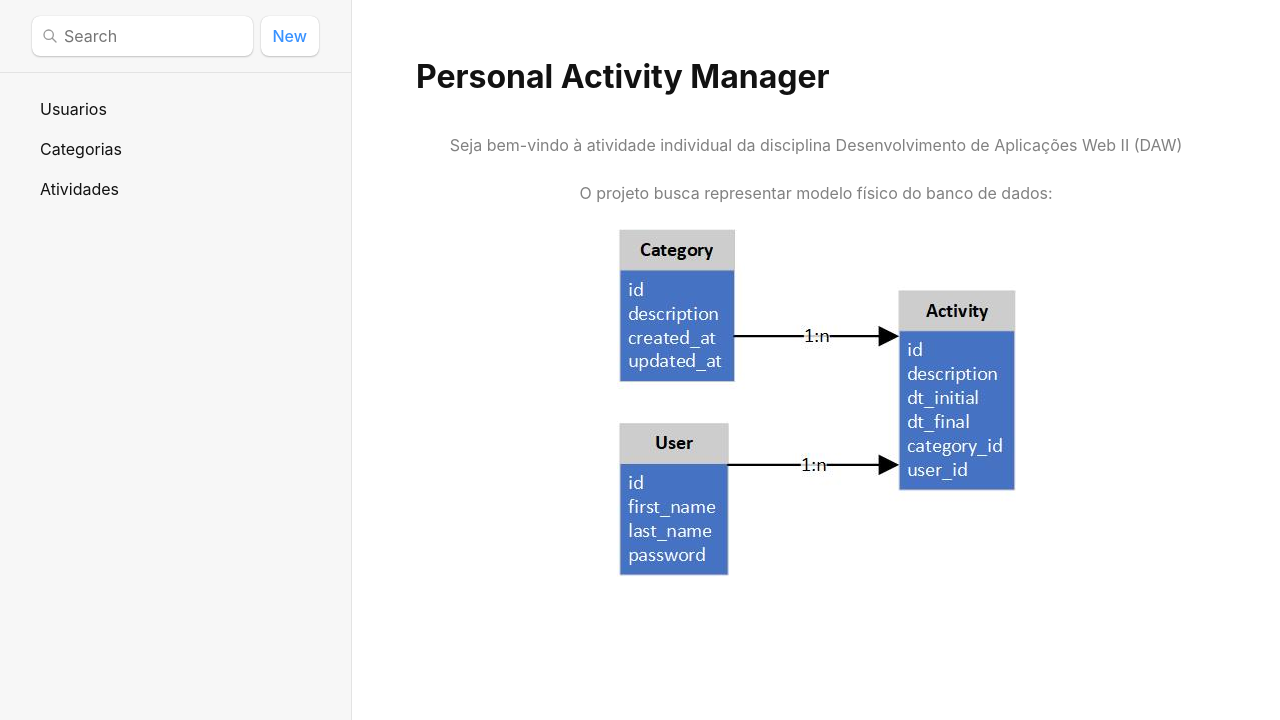
Repository: darccelio/react-pma
Page: /
The author's editor kept a copy of each file at every save. The page is drawn from the files as they stood at one save, then again after the next save.
The browser window is 1280 px wide. The pictures show the whole page.
The project was rebuilt for these pictures with package versions that can differ from the ones it lists, and the page was loaded fresh each time. Also part of the build but not shown: vite.config.js, src/route/error-page.jsx, src/route/activity.jsx, src/services/user-service.js, src/route/user.jsx, src/services/category-service.js, src/route/category.jsx.

Above is the page before, as saved 2024-07-10 20:35:13.

### index.html
<!doctype html>
<html lang="pt-br">
  <head>
    <meta charset="UTF-8" />

    <meta name="viewport" content="width=device-width, initial-scale=1.0" />
    <title>Personal Activity Manager</title>
  </head>
  <body>
    <div id="root"></div>
    <script type="module" src="/src/main.jsx"></script>
  </body>
</html>

### src/main.jsx
import React, { Children } from 'react'
import ReactDOM from 'react-dom/client'

import './index.css'

import { createBrowserRouter, RouterProvider } from 'react-router-dom'
import Root from './route/root'
import ErrorPage from './route/error-page'
// import Contact from './route/contact'
import Index from './route/index'

import ActivityPage from './route/activity'
import User from './route/user'
import Category from './route/category'
import './index.css'

const router = createBrowserRouter([
  {
    path: '/',
    element: <Root />,
    errorElement: <ErrorPage />,
    children: [
      { index: true, element: <Index /> },
      // {
      //   path: 'contacts/:contactId',
      //   element: <Contact />,
      // },
      {
        path: '/activity',
        element: <ActivityPage />,
      },
      {
        path: '/user',
        element: <User />,
      },
      {
        path: '/category',
        element: <Category />,
      },
    ],
  },
])

ReactDOM.createRoot(document.getElementById('root')).render(
  <React.StrictMode>
    <RouterProvider router={router} />
  </React.StrictMode>
)

### src/index.css
html {
  box-sizing: border-box;
}
*,
*:before,
*:after {
  box-sizing: inherit;
}

body {
  font-family: -apple-system, BlinkMacSystemFont, "Segoe UI", "Roboto", "Oxygen",
    "Ubuntu", "Cantarell", "Fira Sans", "Droid Sans", "Helvetica Neue",
    sans-serif;
  -webkit-font-smoothing: antialiased;
  -moz-osx-font-smoothing: grayscale;
}

code {
  font-family: source-code-pro, Menlo, Monaco, Consolas, "Courier New",
    monospace;
}

html,
body {
  height: 100%;
  margin: 0;
  line-height: 1.5;
  color: #121212;
}
textarea,
input,
button {
  font-size: 1rem;
  font-family: inherit;
  border: none;
  border-radius: 8px;
  padding: 0.5rem 0.75rem;
  box-shadow: 0 0px 1px hsla(0, 0%, 0%, 0.2), 0 1px 2px hsla(0, 0%, 0%, 0.2);
  background-color: white;
  line-height: 1.5;
  margin: 0;
}
button {
  color: #3992ff;
  font-weight: 500;
}

textarea:hover,
input:hover,
button:hover {
  box-shadow: 0 0px 1px hsla(0, 0%, 0%, 0.6), 0 1px 2px hsla(0, 0%, 0%, 0.2);
}

button:active {
  box-shadow: 0 0px 1px hsla(0, 0%, 0%, 0.4);
  transform: translateY(1px);
}

#contact h1 {
  display: flex;
  align-items: flex-start;
  gap: 1rem;
}
#contact h1 form {
  display: flex;
  align-items: center;
  margin-top: 0.25rem;
}
#contact h1 form button {
  box-shadow: none;
  font-size: 1.5rem;
  font-weight: 400;
  padding: 0;
}
#contact h1 form button[value="true"] {
  color: #a4a4a4;
}
#contact h1 form button[value="true"]:hover,
#contact h1 form button[value="false"] {
  color: #eeb004;
}

form[action$="destroy"] button {
  color: #f44250;
}

.sr-only {
  position: absolute;
  width: 1px;
  height: 1px;
  padding: 0;
  margin: -1px;
  overflow: hidden;
  clip: rect(0, 0, 0, 0);
  white-space: nowrap;
  border-width: 0;
}

#root {
  display: flex;
  height: 100%;
  width: 100%;
}

#sidebar {
  width: 22rem;
  background-color: #f7f7f7;
  border-right: solid 1px #e3e3e3;
  display: flex;
  flex-direction: column;
}

#sidebar > * {
  padding-left: 2rem;
  padding-right: 2rem;
}

#sidebar h1 {
  font-size: 1rem;
  font-weight: 500;
  display: flex;
  align-items: center;
  margin: 0;
  padding: 1rem 2rem;
  border-top: 1px solid #e3e3e3;
  order: 1;
  line-height: 1;
}

#sidebar h1::before {
  content: url("data:[embedded picture, 1846 characters]");
  margin-right: 0.5rem;
  position: relative;
  top: 1px;
}

#sidebar > div {
  display: flex;
  align-items: center;
  gap: 0.5rem;
  padding-top: 1rem;
  padding-bottom: 1rem;
  border-bottom: 1px solid #e3e3e3;
}

#sidebar > div form {
  position: relative;
}

#sidebar > div form input[type="search"] {
  width: 100%;
  padding-left: 2rem;
  background-image: url("data:[embedded picture, 261 characters]");
  background-repeat: no-repeat;
  background-position: 0.625rem 0.75rem;
  background-size: 1rem;
  position: relative;
}

#sidebar > div form input[type="search"].loading {
  background-image: none;
}

#search-spinner {
  width: 1rem;
  height: 1rem;
  background-image: url("data:[embedded picture, 307 characters]");
  animation: spin 1s infinite linear;
  position: absolute;
  left: 0.625rem;
  top: 0.75rem;
}

@keyframes spin {
  from {
    transform: rotate(0deg);
  }
  to {
    transform: rotate(360deg);
  }
}

#sidebar nav {
  flex: 1;
  overflow: auto;
  padding-top: 1rem;
}

#sidebar nav a span {
  float: right;
  color: #eeb004;
}
#sidebar nav a.active span {
  color: inherit;
}

i {
  color: #818181;
}
#sidebar nav .active i {
  color: inherit;
}

#sidebar ul {
  padding: 0;
  margin: 0;
  list-style: none;
}

#sidebar li {
  margin: 0.25rem 0;
}

#sidebar nav a {
  display: flex;
  align-items: center;
  justify-content: space-between;
  overflow: hidden;

  white-space: pre;
  padding: 0.5rem;
  border-radius: 8px;
  color: inherit;
  text-decoration: none;
  gap: 1rem;
}

#sidebar nav a:hover {
  background: #e3e3e3;
}

#sidebar nav a.active {
  background: hsl(224, 98%, 58%);
  color: white;
}

#sidebar nav a.pending {
  color: hsl(224, 98%, 58%);
}

#detail {
  flex: 1;
  padding: 2rem 4rem;
  width: 100%;
}

#detail.loading {
  opacity: 0.25;
  transition: opacity 200ms;
  transition-delay: 200ms;
}

#contact {
  max-width: 40rem;
  display: flex;
}

#contact h1 {
  font-size: 2rem;
  font-weight: 700;
  margin: 0;
  line-height: 1.2;
}

#contact h1 + p {
  margin: 0;
}

#contact h1 + p + p {
  white-space: break-spaces;
}

#contact h1:focus {
  outline: none;
  color: hsl(224, 98%, 58%);
}

#contact a[href*="twitter"] {
  display: flex;
  font-size: 1.5rem;
  color: #3992ff;
  text-decoration: none;
}
#contact a[href*="twitter"]:hover {
  text-decoration: underline;
}

#contact img {
  width: 12rem;
  height: 12rem;
  background: #c8c8c8;
  margin-right: 2rem;
  border-radius: 1.5rem;
  object-fit: cover;
}

#contact h1 ~ div {
  display: flex;
  gap: 0.5rem;
  margin: 1rem 0;
}

#contact-form {
  display: flex;
  max-width: 40rem;
  flex-direction: column;
  gap: 1rem;
}
#contact-form > p:first-child {
  margin: 0;
  padding: 0;
}
#contact-form > p:first-child > :nth-child(2) {
  margin-right: 1rem;
}
#contact-form > p:first-child,
#contact-form label {
  display: flex;
}
#contact-form p:first-child span,
#contact-form label span {
  width: 8rem;
}
#contact-form p:first-child input,
#contact-form label input,
#contact-form label textarea {
  flex-grow: 2;
}

#contact-form-avatar {
  margin-right: 2rem;
}

#contact-form-avatar img {
  width: 12rem;
  height: 12rem;
  background: hsla(0, 0%, 0%, 0.2);
  border-radius: 1rem;
}

#contact-form-avatar input {
  box-sizing: border-box;
  width: 100%;
}

#contact-form p:last-child {
  display: flex;
  gap: 0.5rem;
  margin: 0 0 0 8rem;
}

#contact-form p:last-child button[type="button"] {
  color: inherit;
}

#zero-state {
  margin: 2rem auto;
  text-align: center;
  color: #818181;
}

#zero-state a {
  color: inherit;
}

#zero-state a:hover {
  color: #121212;
}

#zero-state:before {
  display: block;
  margin-bottom: 1rem;
}

#error-page {
  display: flex;
  flex-direction: column;
  align-items: center;
  justify-content: center;
  width: 100%;
}

### src/route/root.jsx
import { NavLink, Outlet } from 'react-router-dom'
import '../../src/index.css'

export default function Root() {
  return (
    <>
      <div id="sidebar">
        {/* <h1>React Router Contacts</h1> */}
        <div>
          <form id="search-form" role="search">
            <input
              id="q"
              aria-label="Search contacts"
              placeholder="Search"
              type="search"
              name="q"
            />
            <div id="search-spinner" aria-hidden hidden={true} />
            <div className="sr-only" aria-live="polite"></div>
          </form>
          <form method="post">
            <button type="submit">New</button>
          </form>
        </div>

        <nav>
          <NavLink
            to={`/user`}
            className={({ isActive, isPending }) =>
              isActive ? 'active' : isPending ? 'pending' : ''
            }
          >
            Usuarios
          </NavLink>
          <NavLink
            to={`/category`}
            className={({ isActive, isPending }) =>
              isActive ? 'active' : isPending ? 'pending' : ''
            }
          >
            Categorias
          </NavLink>
          <NavLink
            to={`/activity`}
            className={({ isActive, isPending }) =>
              isActive ? 'active' : isPending ? 'pending' : ''
            }
          >
            Atividades
          </NavLink>
        </nav>
      </div>
      <div id="detail">
        <Outlet />
      </div>
    </>
  )
}

### src/route/index.jsx

export default function Index() {
  return (
    <div>
      <h1>Personal Activity Manager</h1>
       <p id="zero-state">
        Seja bem-vindo à atividade individual da disciplina Desenvolvimento de
        Aplicações Web II (DAW)
        <br />
        <br />
        O projeto busca representar modelo físico do banco de dados:
        <br />
        <br />

          <img
            src="/database-model.jpg"
            alt="modelo físico do banco de dados"
          />

      </p>
    </div>
  )
}

After the next save:
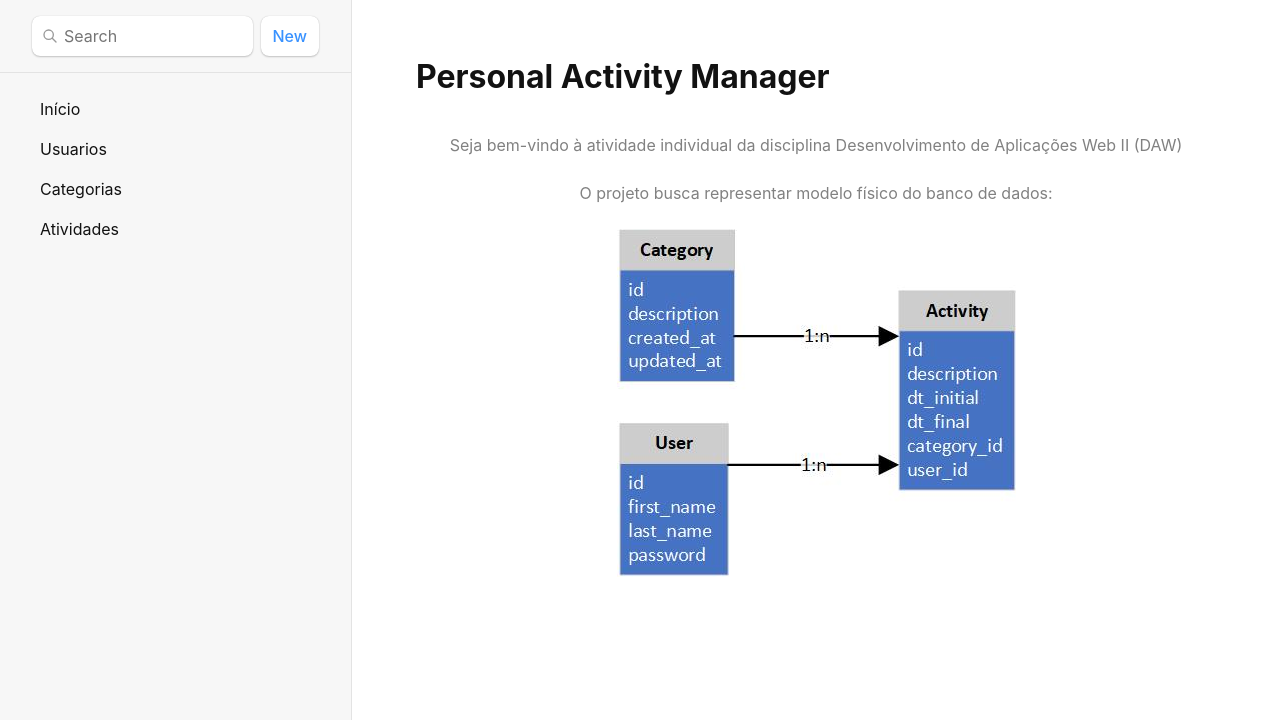
Saved 45 s later.
--- a/src/route/root.jsx
+++ b/src/route/root.jsx
@@ -24,6 +24,14 @@
         </div>
 
         <nav>
+        <NavLink
+            to={`/index`}
+            className={({ isActive, isPending }) =>
+              isActive ? 'active' : isPending ? 'pending' : ''
+            }
+          >
+            Início
+          </NavLink>
           <NavLink
             to={`/user`}
             className={({ isActive, isPending }) =>
